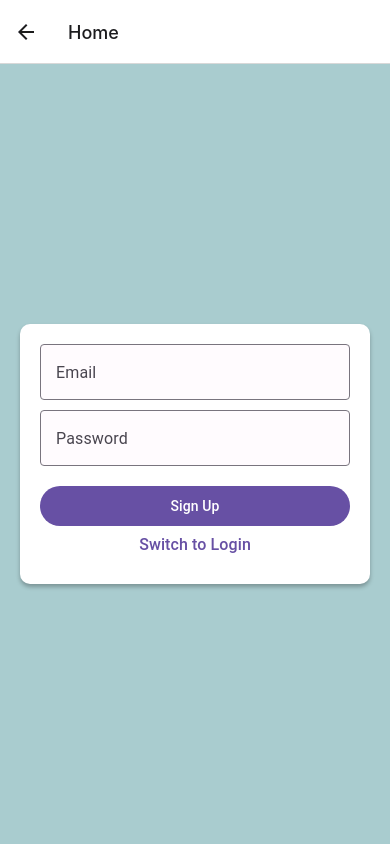
Repository: SaudCh/Expo-Pethub
Screen: /Home
The author's editor kept a copy of each file at every save. The screen is drawn from the files as they stood at one save, then again after the next save.
The app was drawn by React Native's web renderer in a window 390 px wide. The project was rebuilt for these pictures with package versions that can differ from the ones it lists, and the page was loaded fresh each time. Also part of the build but not shown: Screens/Login.js.

Above is the screen before, as saved 2022-11-15 00:03:43.

After the next save:
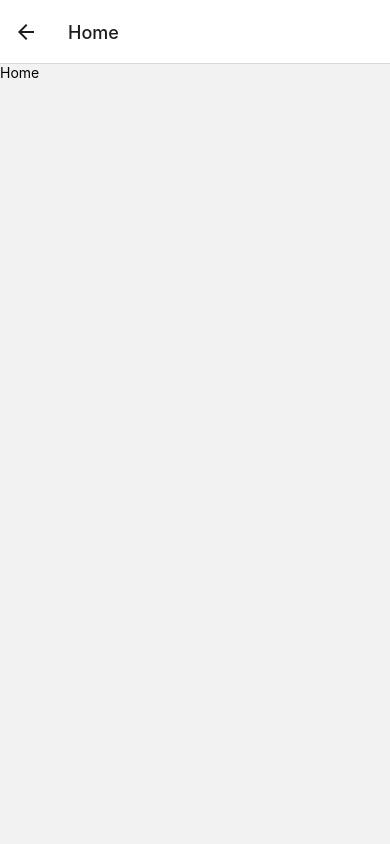
Saved 19 s later.
--- a/Components/Navigator.js
+++ b/Components/Navigator.js
@@ -6,6 +6,7 @@ import { NavigationContainer } from '@react-navigation/native';
 import { createNativeStackNavigator } from '@react-navigation/native-stack';
 import Login from '../Screens/Login';
 import Signup from '../Screens/Signup';
+import Home from '../Screens/Home';
 
 function HomeScreen() {
     return (
@@ -23,7 +24,7 @@ function AppNavigator() {
             <Stack.Navigator>
                 <Stack.Screen name="Signup" component={Signup} />
                 <Stack.Screen name="Login" component={Login} />
-                <Stack.Screen name="Home" component={Signup} />
+                <Stack.Screen name="Home" component={Home} />
                 <Stack.Screen name="Profile" component={Signup} />
                 <Stack.Screen name="UpdateProfile" component={Signup} />
 
